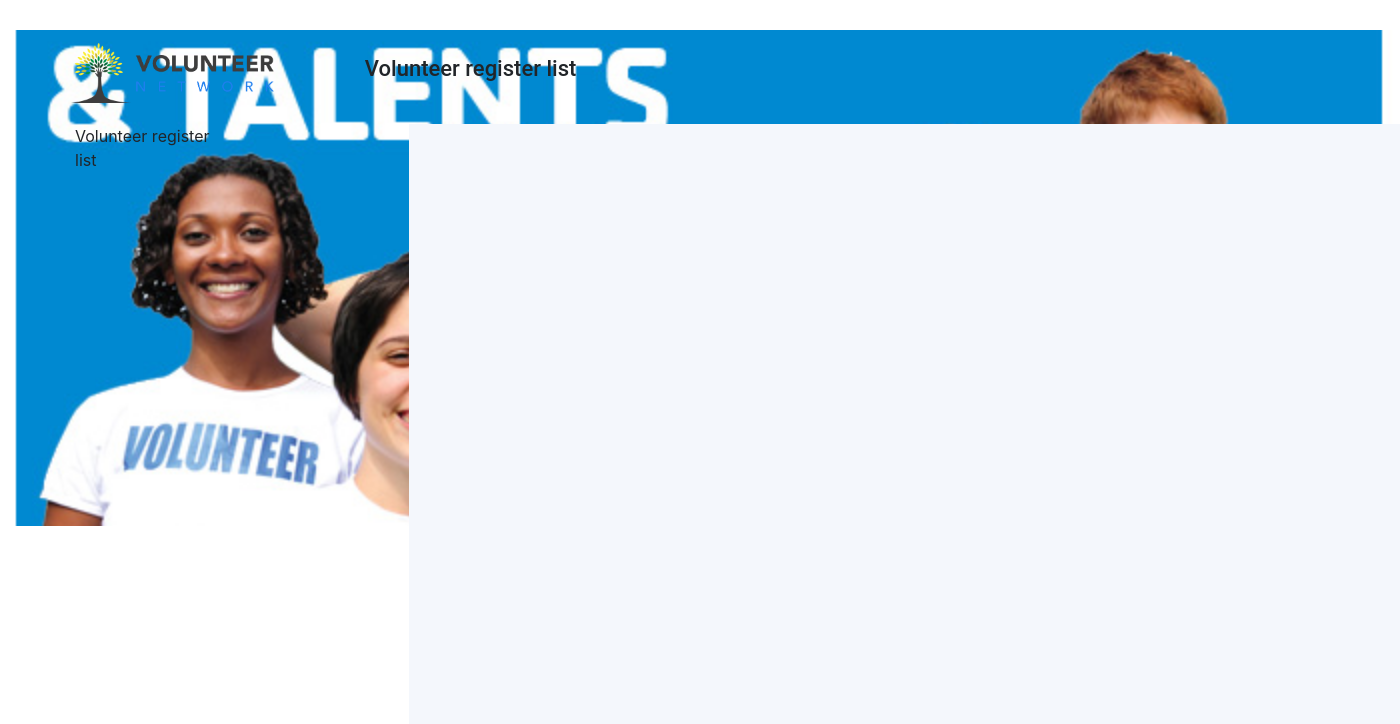
Repository: MdTahsinAmin/volunteer-network-client
Page: /adminPanel
The author's editor kept a copy of each file at every save. The page is drawn from the files as they stood at one save, then again after the next save.
The browser window is 1280 px wide. The page is 1400 px wide, so the pictures cover 1400 px, including what lies to the right of the window. The pictures show the whole page.
The project was rebuilt for these pictures with package versions that can differ from the ones it lists, and the page was loaded fresh each time.

Above is the page before, as saved 2020-10-04 23:25:29.

### public/index.html
<!DOCTYPE html>
<html lang="en">
  <head>
    <meta charset="utf-8" />
    <link rel="icon" href="%PUBLIC_URL%/favicon.ico" />
    <meta name="viewport" content="width=device-width, initial-scale=1" />
    <meta name="theme-color" content="#000000" />
    <meta
      name="description"
      content="Web site created using create-react-app"
    />
    <link rel="apple-touch-icon" href="%PUBLIC_URL%/logo192.png" />
    <!--
      manifest.json provides metadata used when your web app is installed on a
      user's mobile device or desktop. See https://developers.google.com/web/fundamentals/web-app-manifest/
    -->
    <link rel="manifest" href="%PUBLIC_URL%/manifest.json" />
    <!--
      Notice the use of %PUBLIC_URL% in the tags above.
      It will be replaced with the URL of the `public` folder during the build.
      Only files inside the `public` folder can be referenced from the HTML.

      Unlike "/favicon.ico" or "favicon.ico", "%PUBLIC_URL%/favicon.ico" will
      work correctly both with client-side routing and a non-root public URL.
      Learn how to configure a non-root public URL by running `npm run build`.
    -->
    <title>Volunteer Network</title>
  </head>
  <body>
    <noscript>You need to enable JavaScript to run this app.</noscript>
    <div id="root"></div>
    <!--
      This HTML file is a template.
      If you open it directly in the browser, you will see an empty page.

      You can add webfonts, meta tags, or analytics to this file.
      The build step will place the bundled scripts into the <body> tag.

      To begin the development, run `npm start` or `yarn start`.
      To create a production bundle, use `npm run build` or `yarn build`.
    -->
  </body>
</html>

### src/App.js
import React from 'react';
import './App.css';
import Header from './components/Header/Header';
import {
  BrowserRouter as Router,
  Switch,
  Route,
  Link
} from "react-router-dom";
import AdminPanel from './components/AdminPanel/AdminPanel';
function App() {
  return (
    <div className="App">
     <Router>
      <Switch>
        <Route path ='/home'>
         <Header navbar={true}></Header>
        </Route>
        <Route path="/adminPanel">
           <div>
           <Header navbar={false}></Header>
           <AdminPanel/>
           </div>
        </Route>
        <Route exact path="/">
           <Header navbar={true}></Header>
        </Route>
      </Switch>
     </Router>
    </div>
  );
}

export default App;

### src/App.css
.App {
    background-image:url('./logos/Volunteer_Image.jpg');
    background-repeat: no-repeat;
    background-size: cover;
    background-position: center;
    width: 1400px;
    height: 496px;
    left: 1px;
    top: -1px;
}

.App-logo {
  height: 40vmin;
  pointer-events: none;
}

@media (prefers-reduced-motion: no-preference) {
  .App-logo {
    animation: App-logo-spin infinite 20s linear;
  }
}

.App-header {
  background-color: #282c34;
  min-height: 100vh;
  display: flex;
  flex-direction: column;
  align-items: center;
  justify-content: center;
  font-size: calc(10px + 2vmin);
  color: white;
}

.App-link {
  color: #61dafb;
}

@keyframes App-logo-spin {
  from {
    transform: rotate(0deg);
  }
  to {
    transform: rotate(360deg);
  }
}

### src/components/Header/Header.js
import React from 'react';
import { Link, useHistory } from 'react-router-dom';
import './Header.css'
import volunteerLogo from '../../logos/volunteer.png';
import { styled } from '@material-ui/core/styles';
import Button from '@material-ui/core/Button';

// Material Button

const MyButton = styled(Button)({
    background: 'linear-gradient(45deg, #3F90FC 30%, #3F90FC 90%)',
    border: 0,
    borderRadius: '6px',
    color: 'white',
    height: 48,
    padding: '14px 43px',
    marginRight:'15px',
    marginLeft:'9px',
    cursor:'pointer'
  });

  const AdminBtn = styled(Button)({
    background: 'linear-gradient(45deg, #434141 30%, #434141 90%)',
    border: 0,
    borderRadius: '6px',
    color: 'white',
    height: 48,
    padding: '14px 43px',
    marginRight:'15px',
    cursor:'pointer'
  })

const Header = (props) => {

    const history = useHistory();

    const handleAdminPanel = () =>{
         history.push('/adminPanel');
    }


    return (
      <div className="header">
          <div className={props.navbar ? "container" : 'adminPanel'}>
          <nav className="navbar navbar-expand-lg navbar-light">
            <Link to='/home' className="navbar-brand"><img className={props.navbar ?'volunteerLogo':'Logo'} src={volunteerLogo} alt=""/></Link>
            <button className="navbar-toggler" type="button" data-toggle="collapse" data-target="#navbarSupportedContent" aria-controls="navbarSupportedContent" aria-expanded="false" aria-label="Toggle navigation">
                <span className="navbar-toggler-icon"></span>
            </button>
            {
                !props.navbar && <h5 className="volunteer-list">Volunteer register list</h5>
            }
            {
                props.navbar &&  <div className="collapse navbar-collapse" id="navbarSupportedContent">
                <ul className="navbar-nav ml-auto">
                <li className="nav-item">
                    <Link className="nav-link item-nav">Home</Link>
                </li>
                <li className="nav-item">
                    <Link className="nav-link item-nav">Donation</Link>
                </li>
                <li className="nav-item">
                    <Link className="nav-link item-nav">Events</Link>
                </li>
                <li className="nav-item">
                    <Link className="nav-link item-nav">Blog</Link>
                </li>
                <li className="nav-item">
                    <MyButton>Register</MyButton>
                </li>
                <li className="nav-item">
                   <AdminBtn
                     onClick={handleAdminPanel}
                   >Admin
                   </AdminBtn>
                </li>
                </ul>
            </div>
            }
            </nav>
      </div>
   </div>
    );
};

export default Header;

### src/components/AdminPanel/AdminPanel.js
import React from 'react';
import './AdminPanel.css';
import GroupIcon from '@material-ui/icons/Group';
const AdminPanel = () => {
    return (
        <div className="adminPanel-section">
            <div className="section-panel">
                <p>Volunteer register list</p>
            </div>
            <div className='Volunteer-list'>

            </div>
        </div>
    );
};

export default AdminPanel;

### src/components/Header/Header.css
.volunteerLogo{
    width: 202.81px;
    height: 60px;
    left: 88px;
    top: 44px;
}
.header{
    margin-top: 30px;
}
.nav-link{
    font-family: Montserrat;
    font-style: normal;
    font-weight: 500;
    font-size: 20px;
    text-align: center;
    color: #0B0B0B;
}

### src/components/AdminPanel/AdminPanel.css
.adminPanel{
    margin-right:20px;
}
.Logo{
    width: 202.81px;
    height: 60px;
    left: 88px;
    top: 44px;
    margin-left:55px;
}
.volunteer-list{
    margin-left:75px;
    font-family: Roboto;
    font-style: normal;
    font-weight: 500;
    font-size: 22px;
}
.adminPanel-section{
    display:flex;
}
.section-panel{
    margin-top:8px;
    margin-left:75px;
}
.Volunteer-list{
    width:75%;
    margin-top:8px;
    margin-left:175px;
    width: 1000px;
    height: 600px;
    background: #F4F7FC;
}

Loaded but not shown: src/index.js (common file); src/index.css (common file); src/serviceWorker.js (common file)

After the next save:
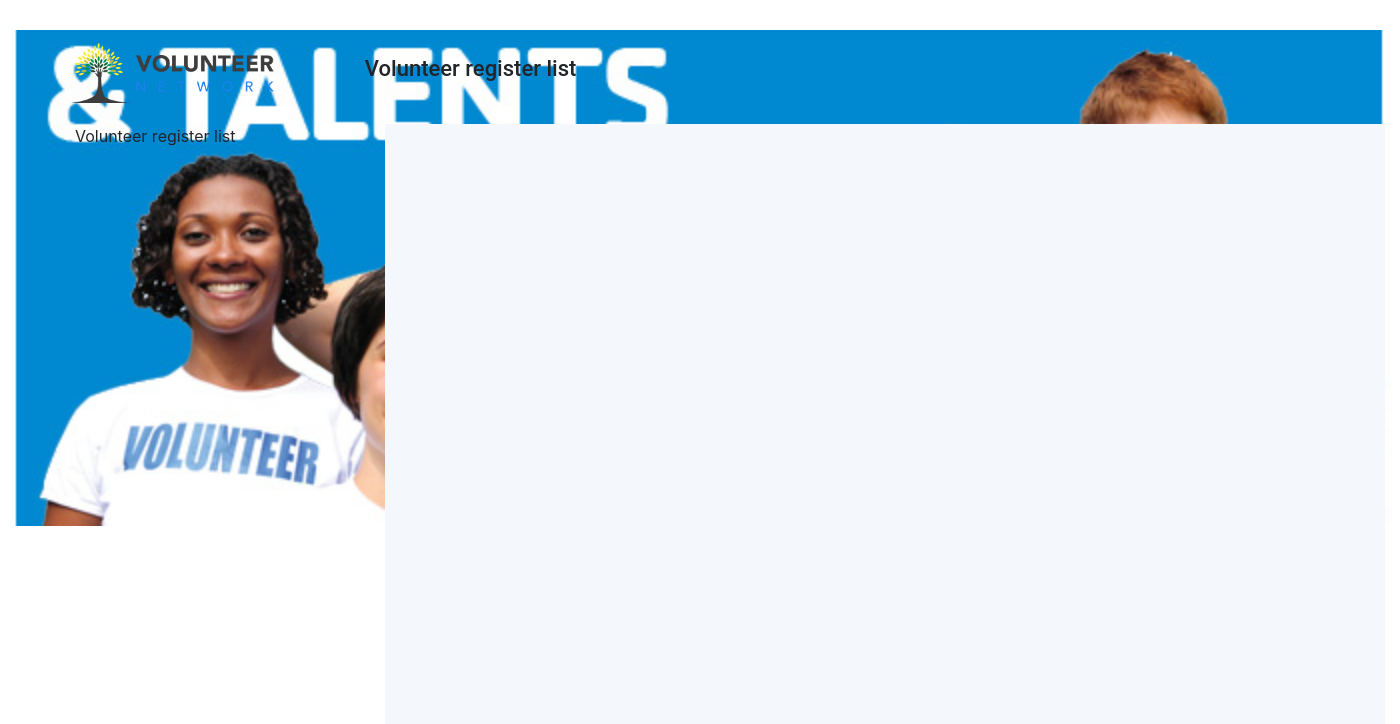
Saved 21 s later.
--- a/src/components/AdminPanel/AdminPanel.css
+++ b/src/components/AdminPanel/AdminPanel.css
@@ -25,7 +25,7 @@
 .Volunteer-list{
     width:75%;
     margin-top:8px;
-    margin-left:175px;
+    margin-left:150px;
     width: 1000px;
     height: 600px;
     background: #F4F7FC;
